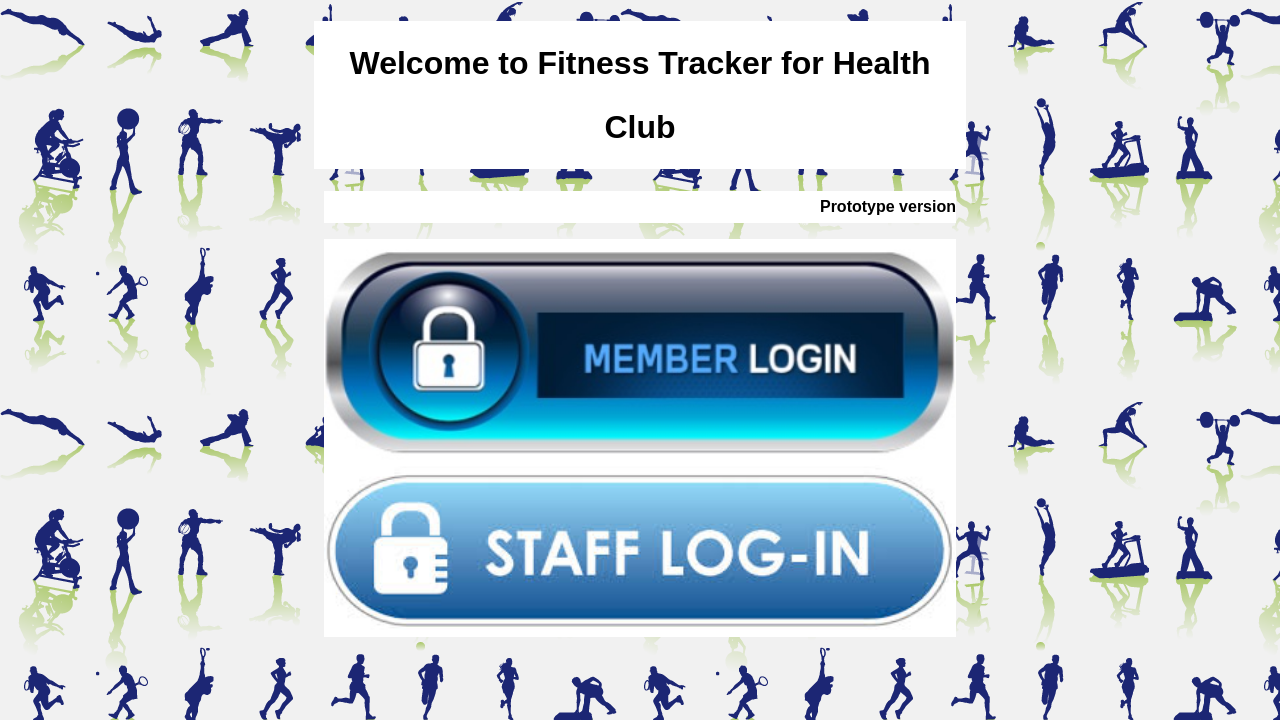
Repository: dmiropol/FitnessMemberTracker
Page: http://localhost/
These files come from the project's save history. The page is drawn as it stood at one moment and after the next save; the edit follows.
The browser window is 1280 px wide. The pictures show the whole page.
The page is served by the project's Node server (app.js).

Above is the page before, as saved 2018-11-16 10:37:56.

After the next save:
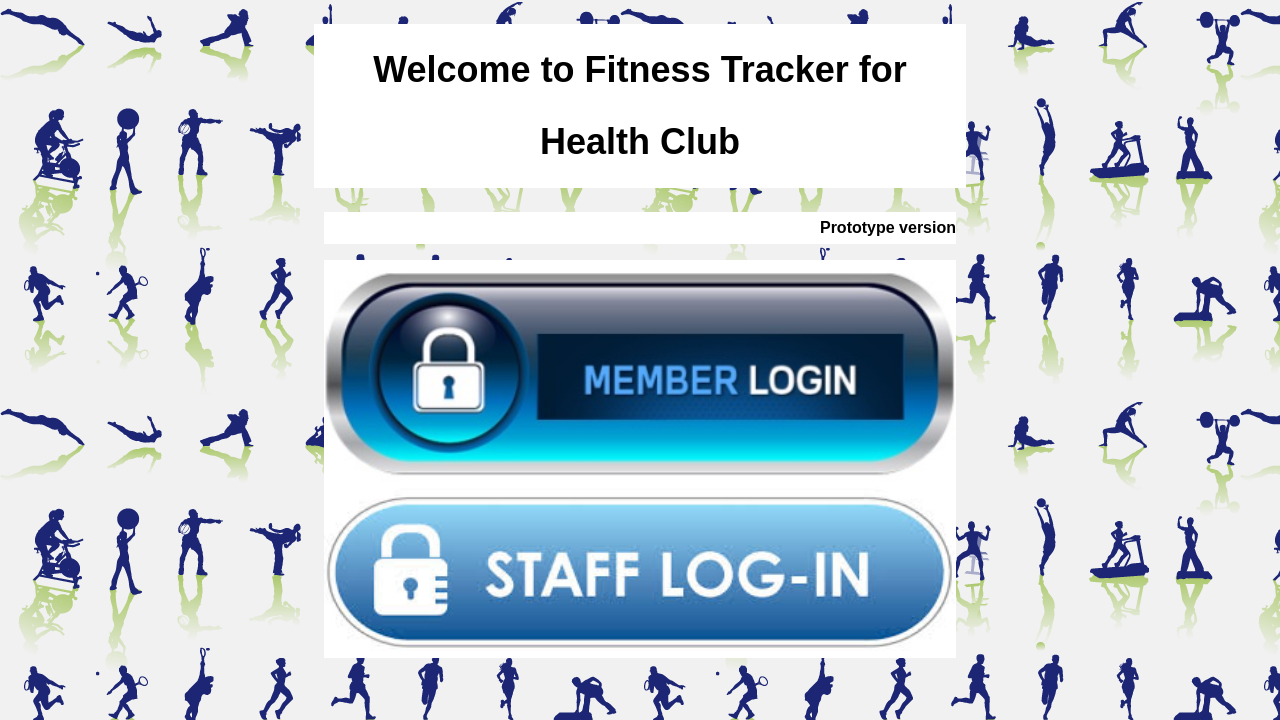
Saved 11 s later.
--- a/public/stylesheets/style.css
+++ b/public/stylesheets/style.css
@@ -122,7 +122,7 @@ h1, h2{
 	padding:10px;
     line-height: 2em;
     font-family: Arial, Helvetica, sans-serif;
-    font-size: 32px;
+    font-size: 36px;
 }
 h3{
 	background: white;
